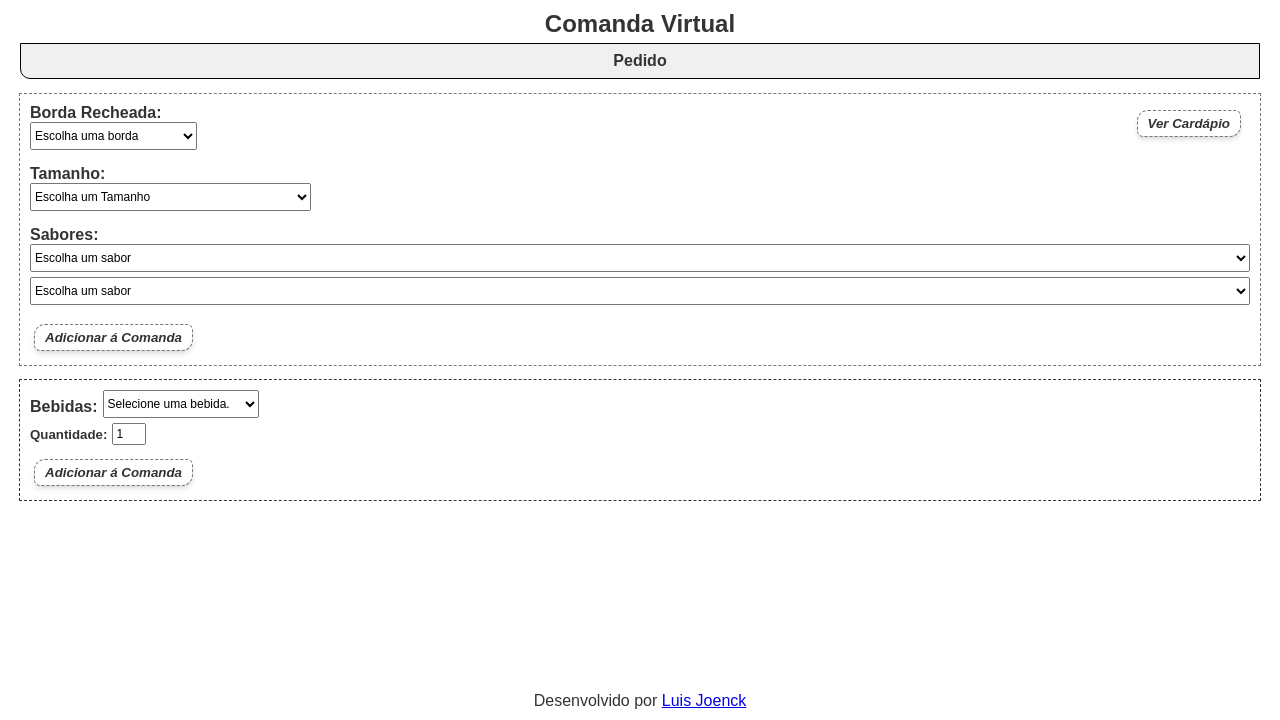
Repository: Joenck91/front-comanda-virtual
Page: index.html
An editor plug-in stored every save of this project. The page is shown before and after the next save, followed by the edit.
The browser window is 1280 px wide. The pictures show the whole page.

Above is the page before, as saved 2025-10-05 11:07:02.

After the next save:
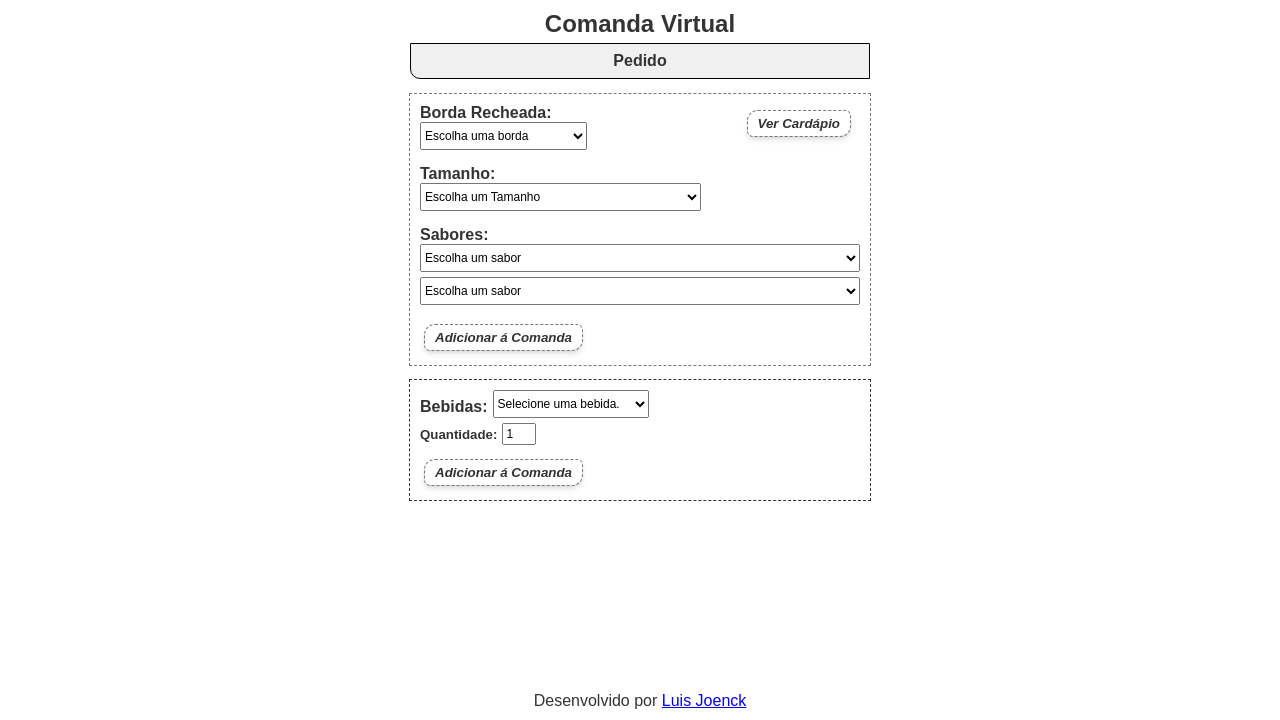
Saved 2 min 7 s later.
--- a/style/base.css
+++ b/style/base.css
@@ -13,6 +13,9 @@ html, body{
     overflow: auto;
     font-family: Arial, Helvetica, sans-serif;
     color: #333;
+}
+body{
+    max-width: 500px;
 }
 header{
     width: 100%;
